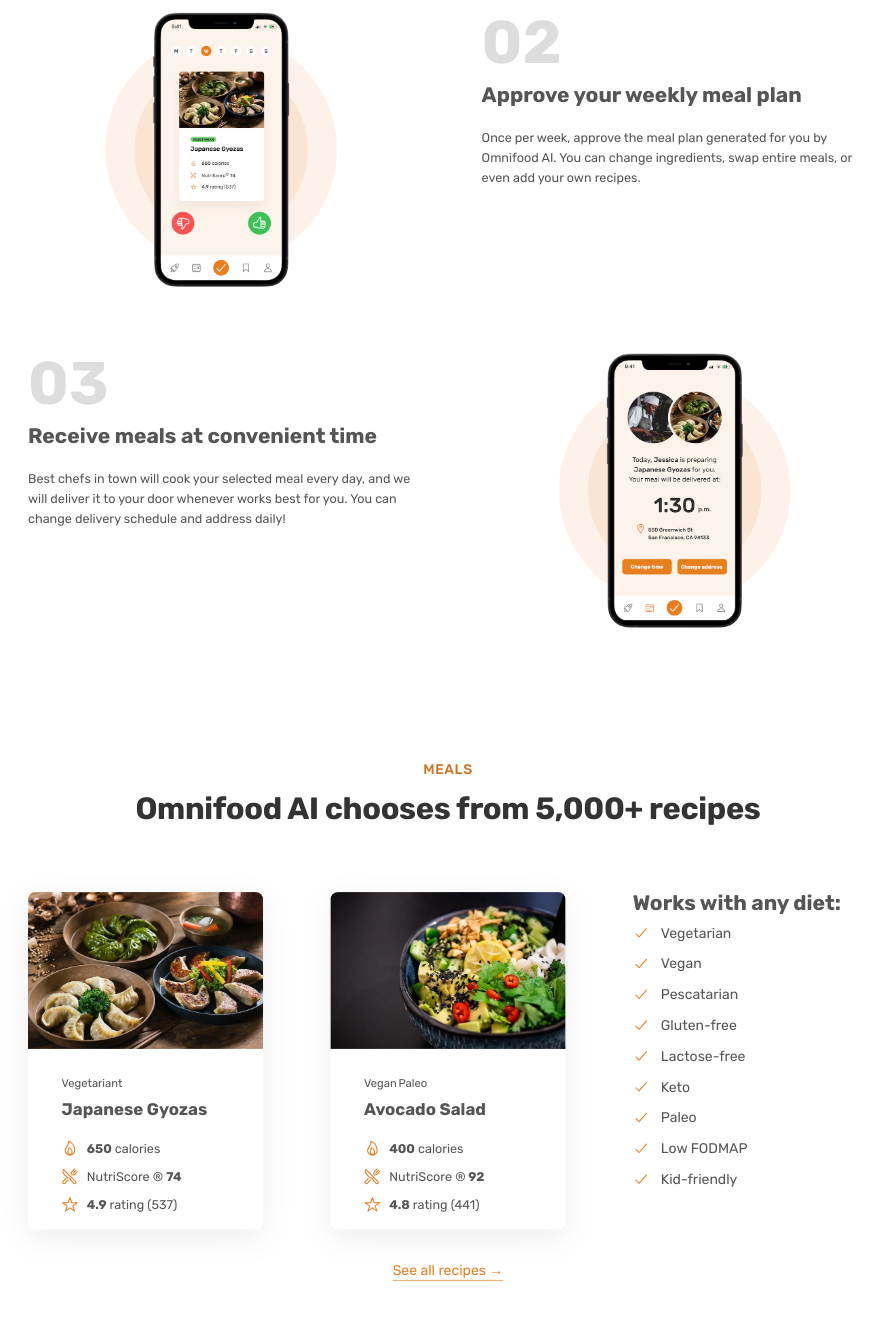
Repository: WefsCao/Omnifood
Page: index.html
These files come from the project's save history. The page is drawn as it stood at one moment and after the next save; the edit follows.
The browser window is 1280 px wide. The pictures show the part of the page from y = 1569 to 3489 px (the page is 3489 px tall), at 70% of full size.

Above is the page before, as saved 2022-06-05 15:54:26.

After the next save:
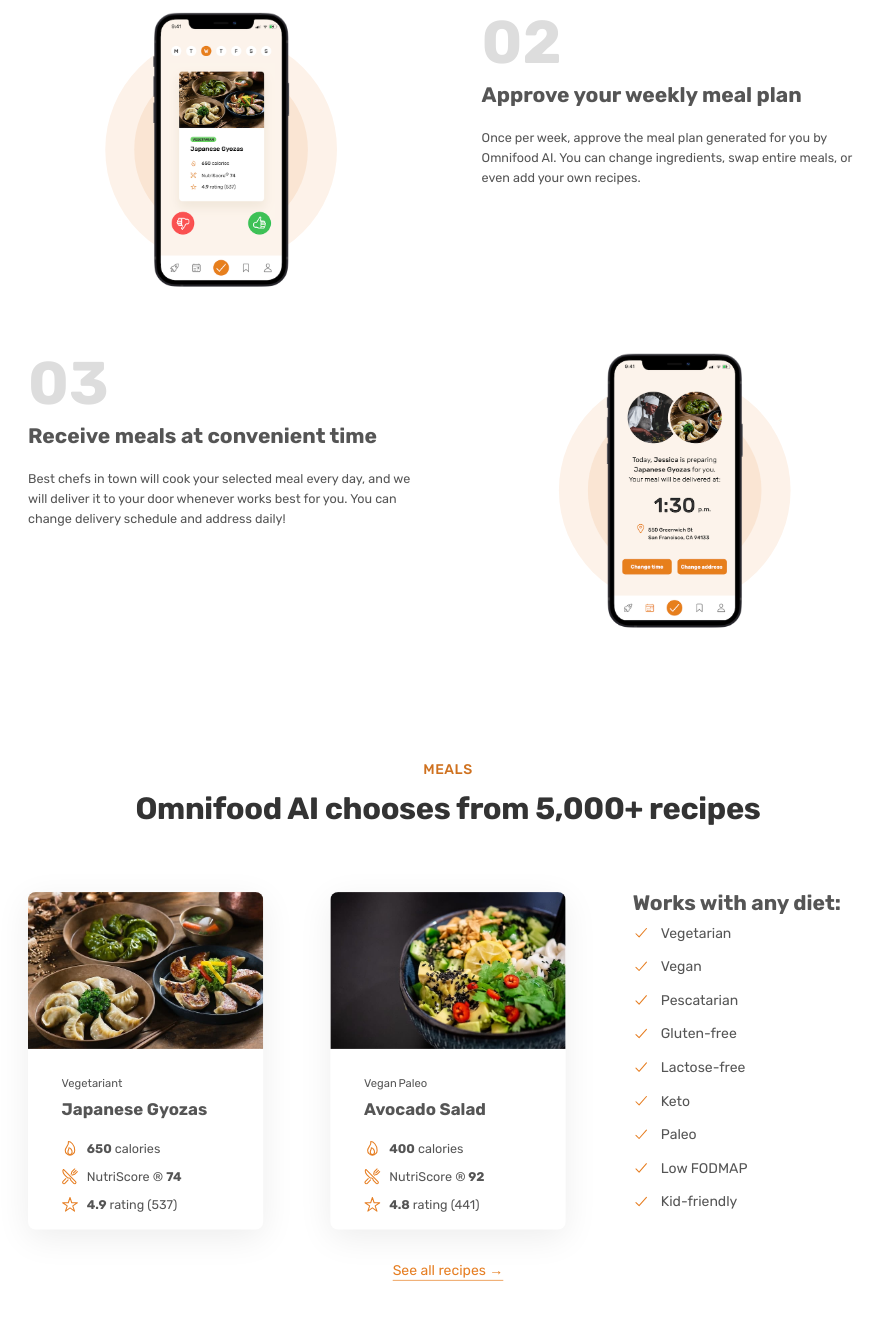
Saved 10 s later.
--- a/css/style.css
+++ b/css/style.css
@@ -248,7 +248,7 @@
   list-style: none;
   display: flex;
   flex-direction: column;
-  gap: 2rem;
+  gap: 2.4rem;
 }
 .diet {
   display: flex;
